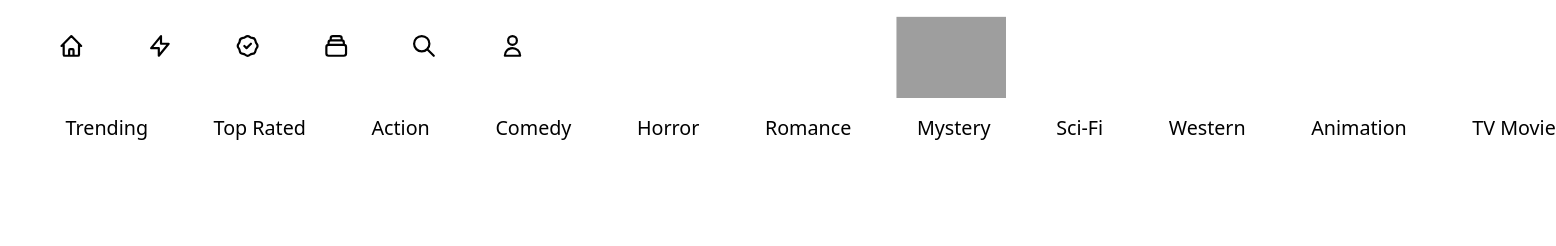
Repository: jafredk/hulu-2
Page: /
An editor plug-in stored every save of this project. The page is shown before and after the next save, followed by the edit.
The browser window is 1280 px wide. The page is 1897 px wide, then 1280 px, so the pictures cover 1897 px, including what lies to the right of the window. The pictures show the whole page, at 82% of full size.
Pictures or frames that could not be fetched are drawn as grey boxes. The project was rebuilt for these pictures with package versions that can differ from the ones it lists, and the page was loaded fresh each time. The framework's server and built-in components were replaced by stand-ins that run in the browser. Also part of the build but not shown: next.config.js.

Above is the page before, as saved 2021-11-02 11:58:45.

After the next save:
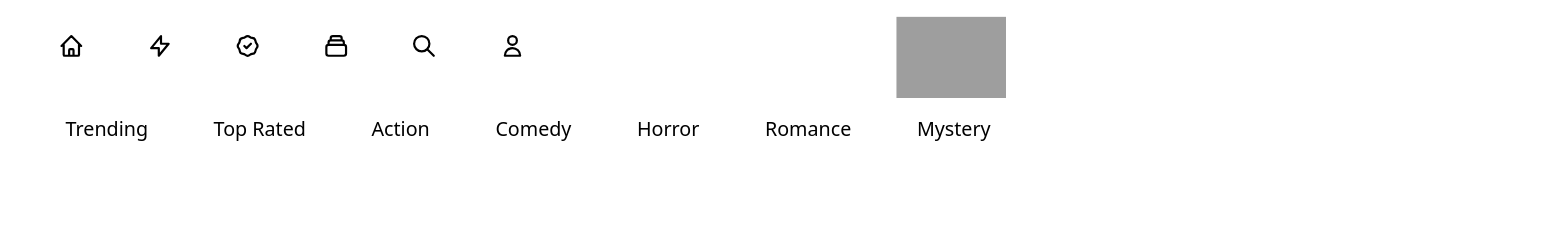
Saved 33 s later.
--- a/components/Nav.js
+++ b/components/Nav.js
@@ -3,7 +3,7 @@ import requests from "../utils/requests";
 function Nav() {
     return (
         <nav>
-            <div className="flex px-10 flex-row space-x-10 sm:space-x-20 sm:px-20 text-2xl whitespace-nowrap">
+            <div className="flex px-10 flex-row space-x-10 sm:space-x-20 overflow-scroll sm:px-20 text-2xl whitespace-nowrap">
                 {Object.entries(requests).map(([key, { title, url }]) => (
                     <h2 key={key} className="cursor-pointer transition duration-100 transform hover:scale-125 hover:text-white active:text-red-500 " >{title}</h2>
                 ))}
